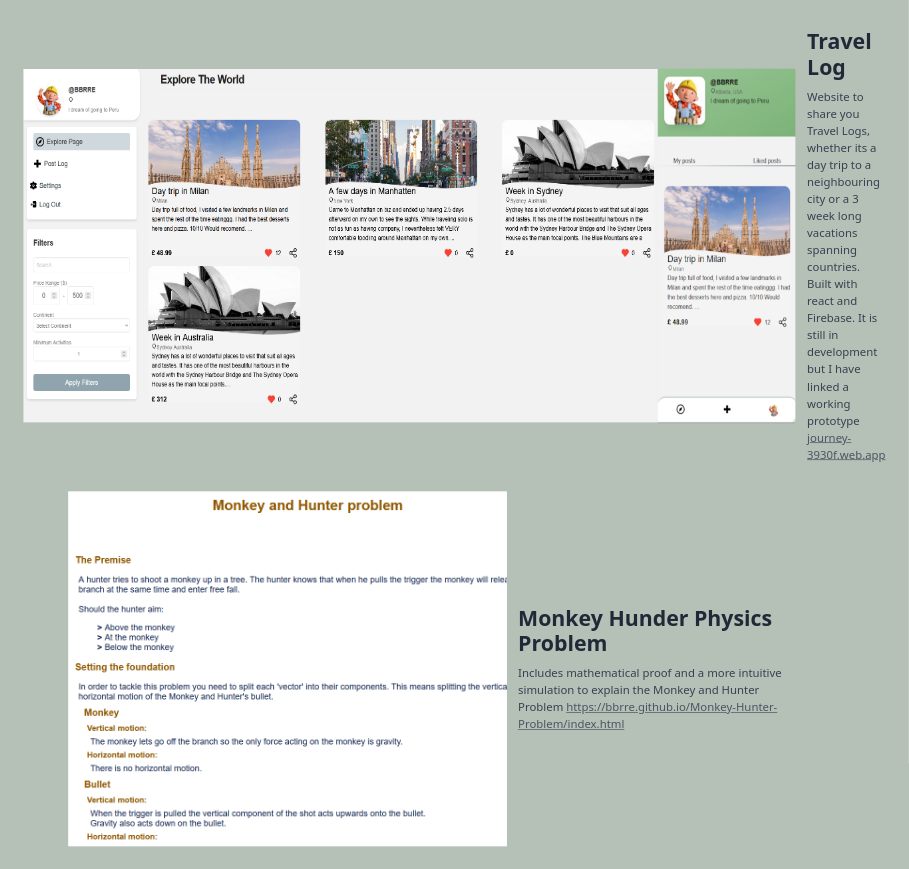
Repository: BBRRE/Portfolio-V2
Page: /#/Computer-Sci
These files come from the project's save history. The page is drawn as it stood at one moment and after the next save; the edit follows.
The browser window is 1280 px wide. The pictures show the whole page, at 71% of full size.
Some web fonts or font styles are not loaded; a fallback is used. The project was rebuilt for these pictures with package versions that can differ from the ones it lists, and the page was loaded fresh each time. Also part of the build but not shown: vite.config.js, src/Subjects/Archi.jsx, src/Subjects/EEng.jsx, src/Subjects/Other.jsx, src/Projects Overview.jsx, src/HomePage.jsx, src/ErrorBoundary.jsx.

Above is the page before, as saved 2024-11-14 17:51:17.

### index.html
<!doctype html>
<html lang="en">
  <head>
    <meta charset="UTF-8" />
    <link rel="icon" type="image/svg+xml" href="src\assets\letter-bb.svg" />
    <link href="https://fonts.googleapis.com/css2?family=Inconsolata&family=Italiana&family=Hubballi&family=Julius+Sans+One&display=swap" rel="stylesheet">
    <link rel="preconnect" href="https://fonts.googleapis.com" />
<link rel="preconnect" href="https://fonts.gstatic.com" crossorigin />
<link
  rel="stylesheet"
  href="https://fonts.googleapis.com/css2?family=Roboto:wght@300;400;500;700&display=swap"
/>
<link
  rel="stylesheet"
  href="https://fonts.googleapis.com/icon?family=Material+Icons"
/>

    <meta name="viewport" content="width=device-width, initial-scale=1.0" />
    <title>Bilaal Bare</title>
  </head>
  <body>
    <div id="root"></div>
    <script type="module" src="/src/main.jsx"></script>
  </body>
</html>

### src/main.jsx
import React from 'react'
import ReactDOM from 'react-dom/client'
import App from './App'
import ErrorBoundary from './ErrorBoundary'
import './index.css'

ReactDOM.createRoot(document.getElementById('root')).render(
  <React.StrictMode>
    <ErrorBoundary>
      <App />
    </ErrorBoundary>
  </React.StrictMode>
)

### src/App.jsx
import { HashRouter as Router, Routes, Route } from 'react-router-dom';
import Archi from './Subjects/Archi.jsx'
import CompSci from './Subjects/CompSci.jsx'
import EEng from './Subjects/EEng.jsx'
import Other from './Subjects/Other.jsx'
import { HomePage } from './HomePage'
import { useState, useEffect } from 'react'

function App() {
  useEffect(() => {
    console.log('App component mounted')
  }, [])

  return (
    <Router>
        <Routes>
          <Route path="/" element={<HomePage />} />
          <Route path="/Architecture" element={<Archi />} />
          <Route path="/Electronic-Eng" element={<EEng />} />
          <Route path="/Computer-Sci" element={<CompSci />} />
          <Route path="/Other" element={<Other />} />
        </Routes>
    </Router>
  )
}

export default App

### src/index.css
@tailwind base;
@tailwind components;
@tailwind utilities;

@layer utilities {
  .bg-dot-pattern {
    background-image: radial-gradient(circle, rgba(0, 0, 0, 0.2) 1px, transparent 1px);
    background-size: 50px 50px; /* Adjust the spacing here */
  }
}

### src/Subjects/CompSci.jsx
import React from 'react'
import cs from '../assets/aaaa.png'
import ph from '../assets/Monkey.png'
import tr from '../assets/tra.png'

const CompSci = () => {
  return (
    <div className='bg-[#B5C0B7] w-full h-auto min-h-screen grid grid-cols-1'>
      <div className='flex md:flex-row flex-col justify-center align-middle w-[85%] h-[500px] mx-auto mt-24'>
        <img src={cs} />
        <div className="flex flex-col ml-4 gap-3 justify-center">
          <h2 className=" text-left text-xl md:text-2xl lg:text-3xl font-semibold text-gray-800">
            Travel Log
          </h2>
        <p className="text-gray-700 text-sm md:text-base leading-relaxed">
          Website to share you Travel Logs, whether its a day trip to a neighbouring city or a 3 week long vacations spanning countries. Built with react
          and Firebase. It is still in development but I have linked a working prototype <a href="https://journey-3930f.web.app/" className='underline text-gray-600'>journey-3930f.web.app</a>
        </p>
        </div>
      </div>

      <div className='flex md:flex-row flex-col justify-center align-middle w-[85%] h-[500px] mx-auto mt-24 mb-8'>
        <img src={ph} />
        <div className="flex flex-col ml-4 gap-3 justify-center">
          <h2 className=" text-left text-xl md:text-2xl lg:text-3xl font-semibold text-gray-800">
            Monkey Hunder Physics Problem
          </h2>
        <p className="text-gray-700 text-sm md:text-base leading-relaxed max-w-[400px]">
        Includes mathematical proof and a more intuitive simulation to explain the Monkey and Hunter Problem  <a href="https://bbrre.github.io/Monkey-Hunter-Problem/index.html" className='underline text-gray-600'>https://bbrre.github.io/Monkey-Hunter-Problem/index.html</a>
        </p>
        </div>
      </div>

    </div>
  )
}

export default CompSci

### tailwind.config.js
/** @type {import('tailwindcss').Config} */
export default {
    darkMode: ["class"],
    content: ["index.css",
  "./src/**/*.{js,ts,jsx,tsx}",],
  theme: {
  	extend: {
  		backgroundImage: {
  			noise: "url('/src/assets/nnnoise.svg')",
  			undulate: "url('/src/assets/uuundulate.svg')"
  		},
  		fontFamily: {
  			inconsolata: ['Inconsolata', 'monospace'],
  			italiana: ['Italiana', 'serif'],
  			hubballi: ['Hubballi', 'cursive'],
  			julius: ['Julius Sans One"', 'sans-serif']
  		},
      keyframes: {
        fadeIn: {
          '0%': { opacity: '0' },
          '100%': { opacity: '1' },
        },
      }
  	}
  }
}

After the next save:
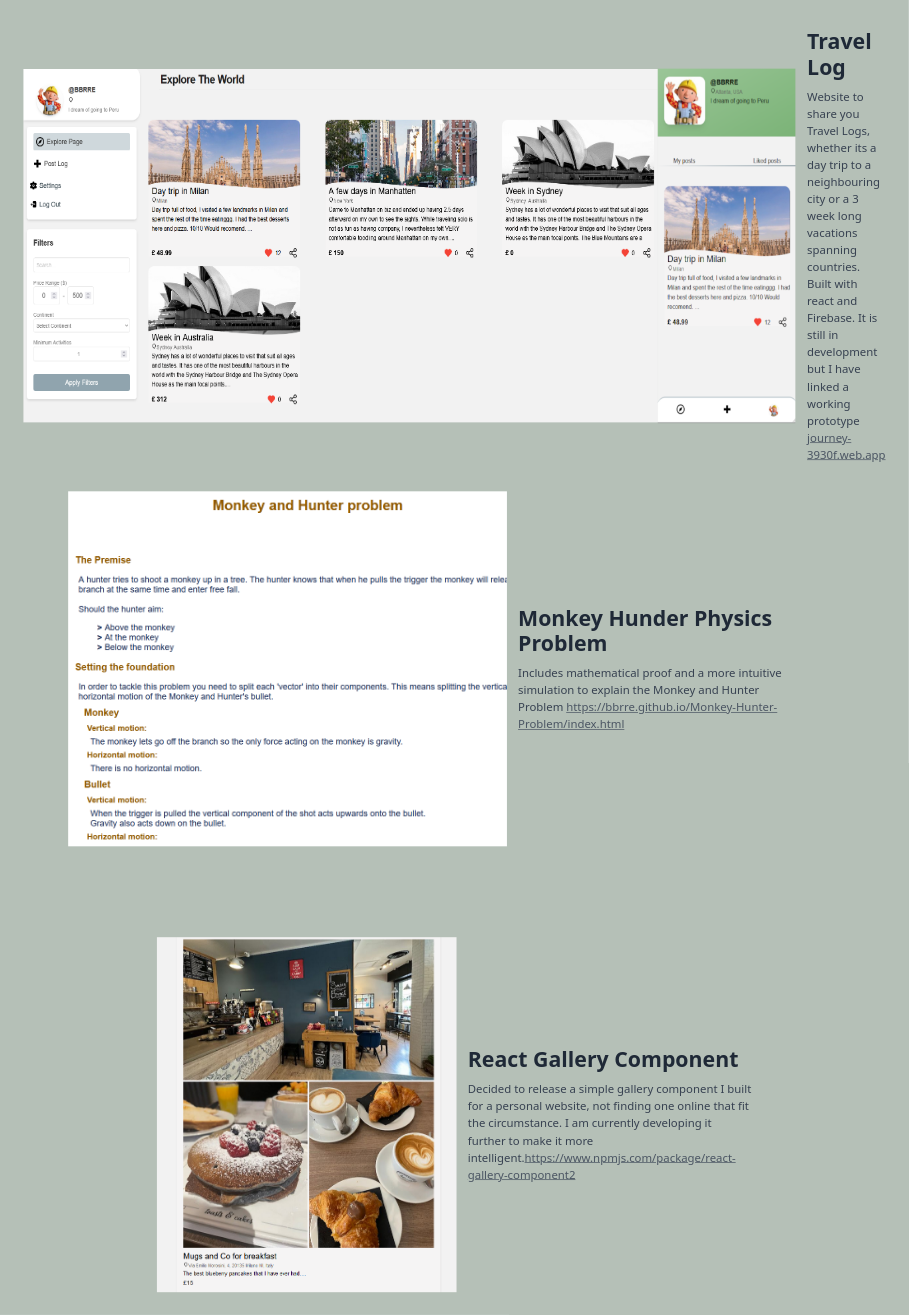
Saved 5 min 20 s later.
--- a/src/Subjects/CompSci.jsx
+++ b/src/Subjects/CompSci.jsx
@@ -12,7 +12,7 @@ const CompSci = () => {
           <h2 className=" text-left text-xl md:text-2xl lg:text-3xl font-semibold text-gray-800">
             Travel Log
           </h2>
-        <p className="text-gray-700 text-sm md:text-base leading-relaxed">
+        <p className="text-gray-700 text-sm md:text-base leading-relaxed max-w-[400px]">
           Website to share you Travel Logs, whether its a day trip to a neighbouring city or a 3 week long vacations spanning countries. Built with react
           and Firebase. It is still in development but I have linked a working prototype <a href="https://journey-3930f.web.app/" className='underline text-gray-600'>journey-3930f.web.app</a>
         </p>
@@ -31,6 +31,18 @@ const CompSci = () => {
         </div>
       </div>
 
+      <div className='flex md:flex-row flex-col justify-center align-middle w-[85%] h-[500px] mx-auto mt-24 mb-8'>
+        <img src={tr} />
+        <div className="flex flex-col ml-4 gap-3 justify-center">
+          <h2 className=" text-left text-xl md:text-2xl lg:text-3xl font-semibold text-gray-800">
+            React Gallery Component
+          </h2>
+        <p className="text-gray-700 text-sm md:text-base leading-relaxed max-w-[400px]">
+        Decided to release a simple gallery component I built for a personal website, not finding one online that fit the circumstance. I am currently developing it further to make it more intelligent.<a href="https://www.npmjs.com/package/react-gallery-component2" className='underline text-gray-600'>https://www.npmjs.com/package/react-gallery-component2</a>
+        </p>
+        </div>
+      </div>
+
     </div>
   )
 }
